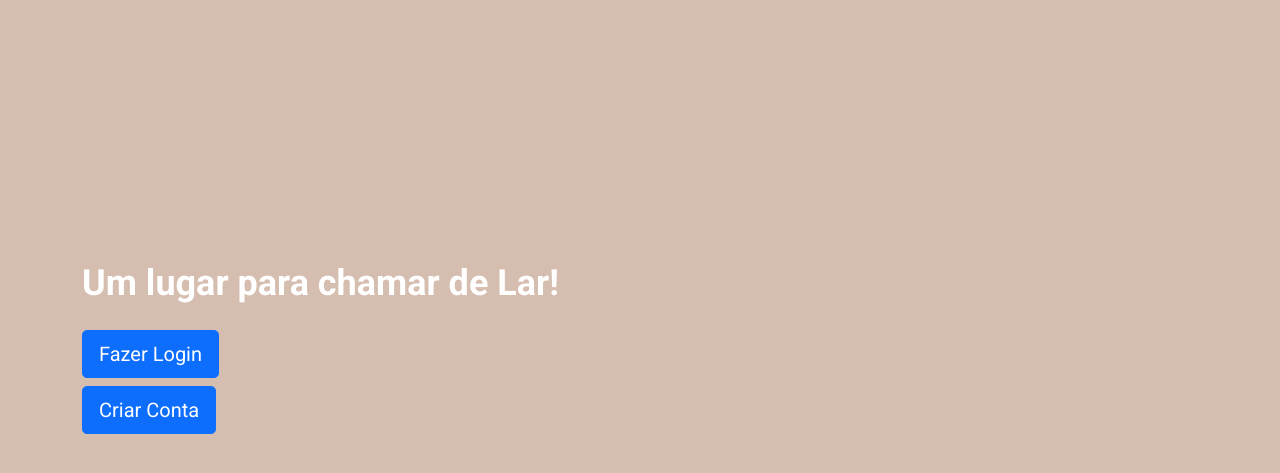
Repository: telesbp/Projeto-4-e-Projeto-5
Page: / (app in front-end/)
The author's editor kept a copy of each file at every save. The page is drawn from the files as they stood at one save, then again after the next save.
The browser window is 1280 px wide. The pictures show the whole page.
The project was rebuilt for these pictures with package versions that can differ from the ones it lists, and the page was loaded fresh each time.

Above is the page before, as saved 2022-07-17 14:06:41.

### front-end/public/index.html
<!DOCTYPE html>
<html lang="pt-BR">
  <head>
    <meta charset="utf-8" />
    <link rel="icon" href="%PUBLIC_URL%/favicon.ico" />
    <meta name="viewport" content="width=device-width, initial-scale=1" />
    <meta name="theme-color" content="#000000" />
    <meta
      name="description"
      content="Seu negócio automatizado!"
    />
    <link rel="apple-touch-icon" href="%PUBLIC_URL%/logo192.png" />
    <!--
      manifest.json provides metadata used when your web app is installed on a
      user's mobile device or desktop. See https://developers.google.com/web/fundamentals/web-app-manifest/
    -->
    <link rel="manifest" href="%PUBLIC_URL%/manifest.json" />
    <!--
      Notice the use of %PUBLIC_URL% in the tags above.
      It will be replaced with the URL of the `public` folder during the build.
      Only files inside the `public` folder can be referenced from the HTML.

      Unlike "/favicon.ico" or "favicon.ico", "%PUBLIC_URL%/favicon.ico" will
      work correctly both with client-side routing and a non-root public URL.
      Learn how to configure a non-root public URL by running `npm run build`.
    -->
    <title>Stagio</title>

    <link rel="preconnect" href="https://fonts.googleapis.com">
    <link rel="preconnect" href="https://fonts.gstatic.com" crossorigin>
    <link href="https://fonts.googleapis.com/css2?family=Roboto:wght@400;700&display=swap" rel="stylesheet">
  </head>
  <body>
    <noscript>You need to enable JavaScript to run this app.</noscript>
    <div id="root"></div>
    <!--
      This HTML file is a template.
      If you open it directly in the browser, you will see an empty page.

      You can add webfonts, meta tags, or analytics to this file.
      The build step will place the bundled scripts into the <body> tag.

      To begin the development, run `npm start` or `yarn start`.
      To create a production bundle, use `npm run build` or `yarn build`.
    -->
  </body>
</html>

### front-end/src/index.tsx
import React from 'react';
import ReactDOM from 'react-dom/client';
import App from './App';
import 'bootstrap/dist/css/bootstrap.min.css';
import { BrowserRouter } from 'react-router-dom';
import 'react-toastify/dist/ReactToastify.css';
import { ToastContainer } from 'react-toastify';
import { GlobalStyle } from './assets/img/css/global';

const root = ReactDOM.createRoot(
  document.getElementById('root') as HTMLElement
);
root.render(
  <React.StrictMode>
    <BrowserRouter>
    <GlobalStyle/>
      <App />
      <ToastContainer/>
    </BrowserRouter>
  </React.StrictMode>
);

### front-end/src/App.tsx
import { HomeView } from "./views/Home";

function App() {
  return (
    <HomeView/>
  );
}

export default App;

### front-end/src/assets/img/css/global.ts
import { createGlobalStyle } from "styled-components";

export const GlobalStyle = createGlobalStyle`
    body{
       font-family: 'Roboto', sans-serif;
    }
`

### front-end/src/views/Home/index.tsx
import { Button, Container } from "react-bootstrap";
import styled from "styled-components";

export function HomeView(){
    return(
        <Banner className="vh-100">
            <Container className="h-100 d-flex flex-column justify-content-center align-items-center align-items-lg-start">
                <Title className="text-center text-white text-lg-start mt-auto mt-lg-0 ">Um lugar para chamar de Lar!</Title>
                <Button size="lg" className="mt-auto mt-lg-3 mb-2">Fazer Login</Button>
                <Button size="lg" className="mb-4">Criar Conta</Button>
            </Container>
        </Banner>
    )
}

const Banner = styled.div`
    background-color: #d5bdaf;
`
const Title = styled.h1`
    font-size: 2.25rem;
    font-weight: bold;
    text-shadow: 0 4px 4px rgba()0, 0, 0, 0.25;
    @media (min-width: 992px){
        max-width: 500px;
    }
`

After the next save:
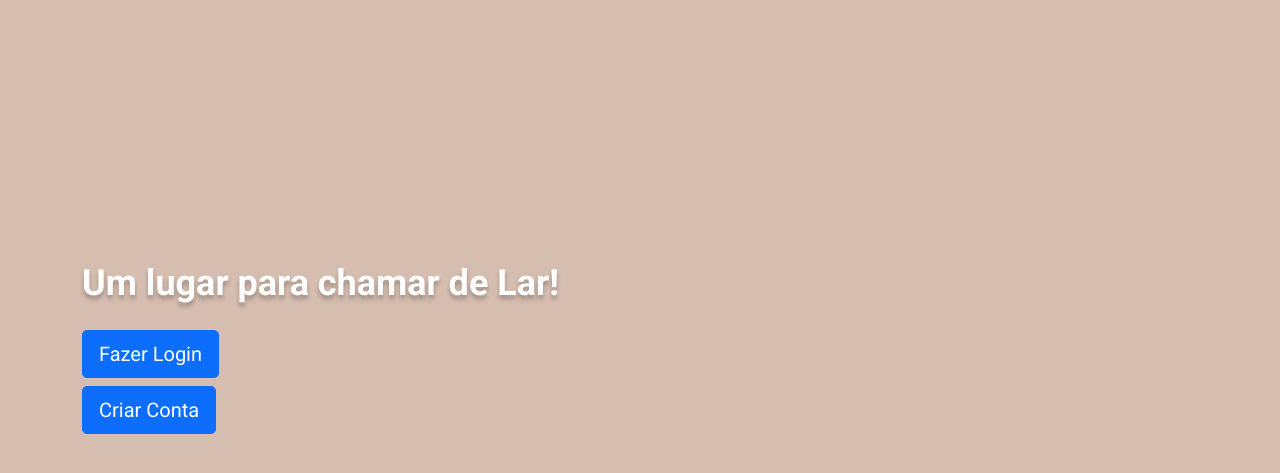
Saved 13 s later.
--- a/front-end/src/views/Home/index.tsx
+++ b/front-end/src/views/Home/index.tsx
@@ -19,7 +19,7 @@ const Banner = styled.div`
 const Title = styled.h1`
     font-size: 2.25rem;
     font-weight: bold;
-    text-shadow: 0 4px 4px rgba()0, 0, 0, 0.25;
+    text-shadow: 0 4px 4px rgba(0, 0, 0, 0.25);
     @media (min-width: 992px){
         max-width: 500px;
     }
